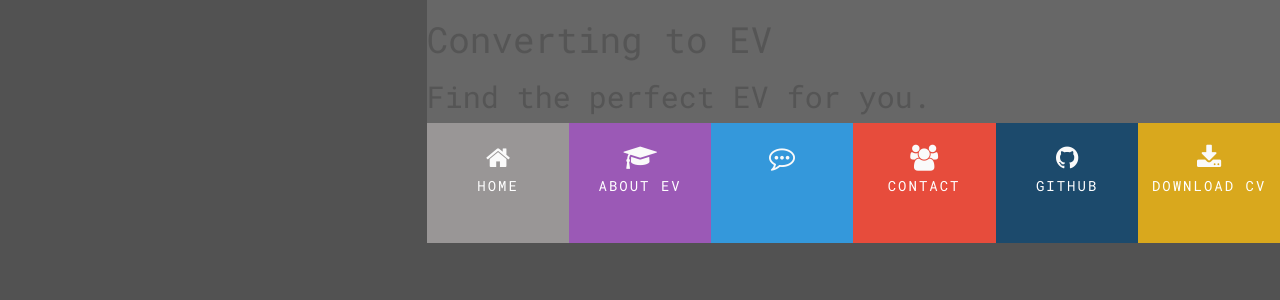
Repository: gnisco/2nd-project
Page: index.html
The author's editor kept a record of every edit. The page is drawn from the files as they stood at one moment, then again after the next edit.
The browser window is 1280 px wide. The pictures show the whole page.
Some web libraries are served in a nearby version.

Above is the page before.

After the next edit:
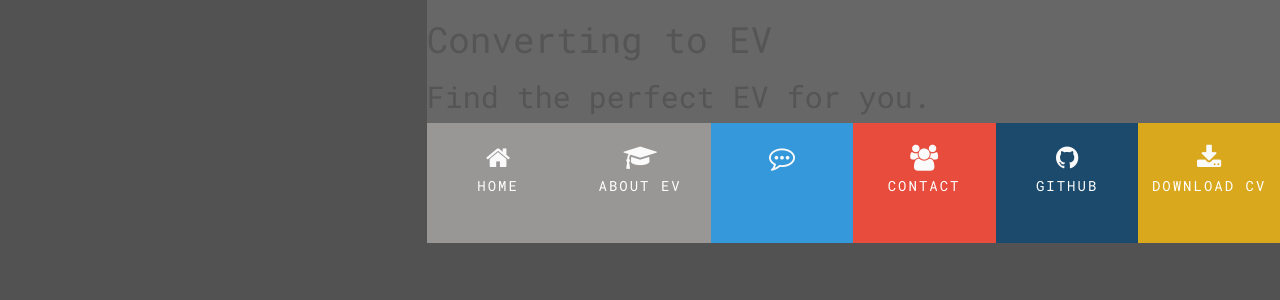
The edit:
--- a/assets/css/style.css
+++ b/assets/css/style.css
@@ -87,7 +87,7 @@
 }
 
 .ui-menu-color-resume {
-    background-color: #9b59b6;
+    background-color: #999696;
 }
 
 .ui-menu-color-contact {
